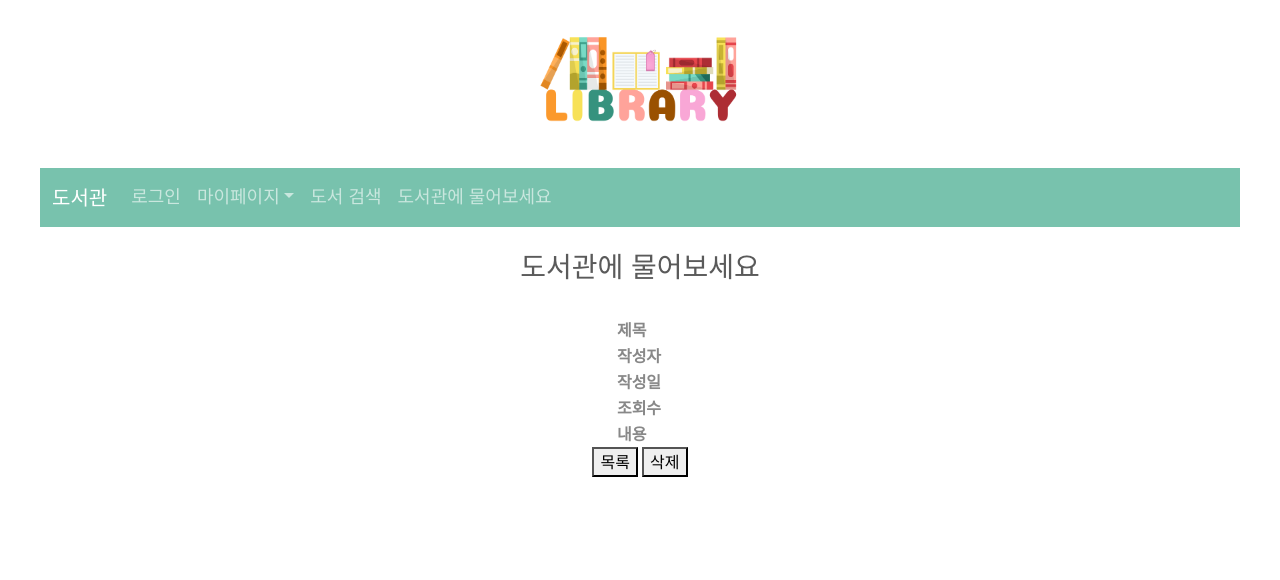
Repository: ahnbin00/Library
Page: http://localhost/BookRental/WEB-INF/book/getQna.jsp
An editor plug-in stored every save of this project. The page is shown before and after the next save, followed by the edit.
The browser window is 1280 px wide. The pictures show the whole page.
Some web fonts or font styles are not loaded; a fallback is used. The page is served by Tomcat 9. Nobody is signed in. The template is opened directly, without the code that normally fills it, so the values that code supplies are empty.

Above is the page before, as saved 2022-12-22 06:31:54.

After the next save:
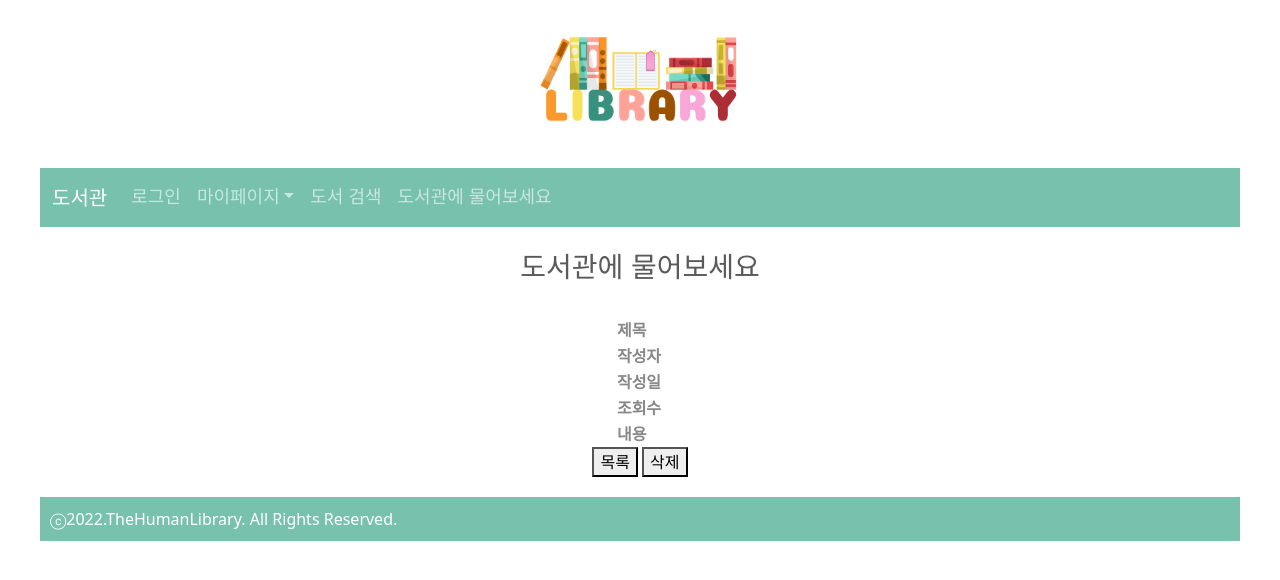
Saved 8 s later.
--- a/BookRental/src/main/webapp/WEB-INF/book/getQna.jsp
+++ b/BookRental/src/main/webapp/WEB-INF/book/getQna.jsp
@@ -52,5 +52,6 @@
    </c:if>
 	<c:if test="${qna.id ne id }">
    </c:if>
+<%@ include file="/WEB-INF/book/footer.jsp" %>
 </body>
 </html>
